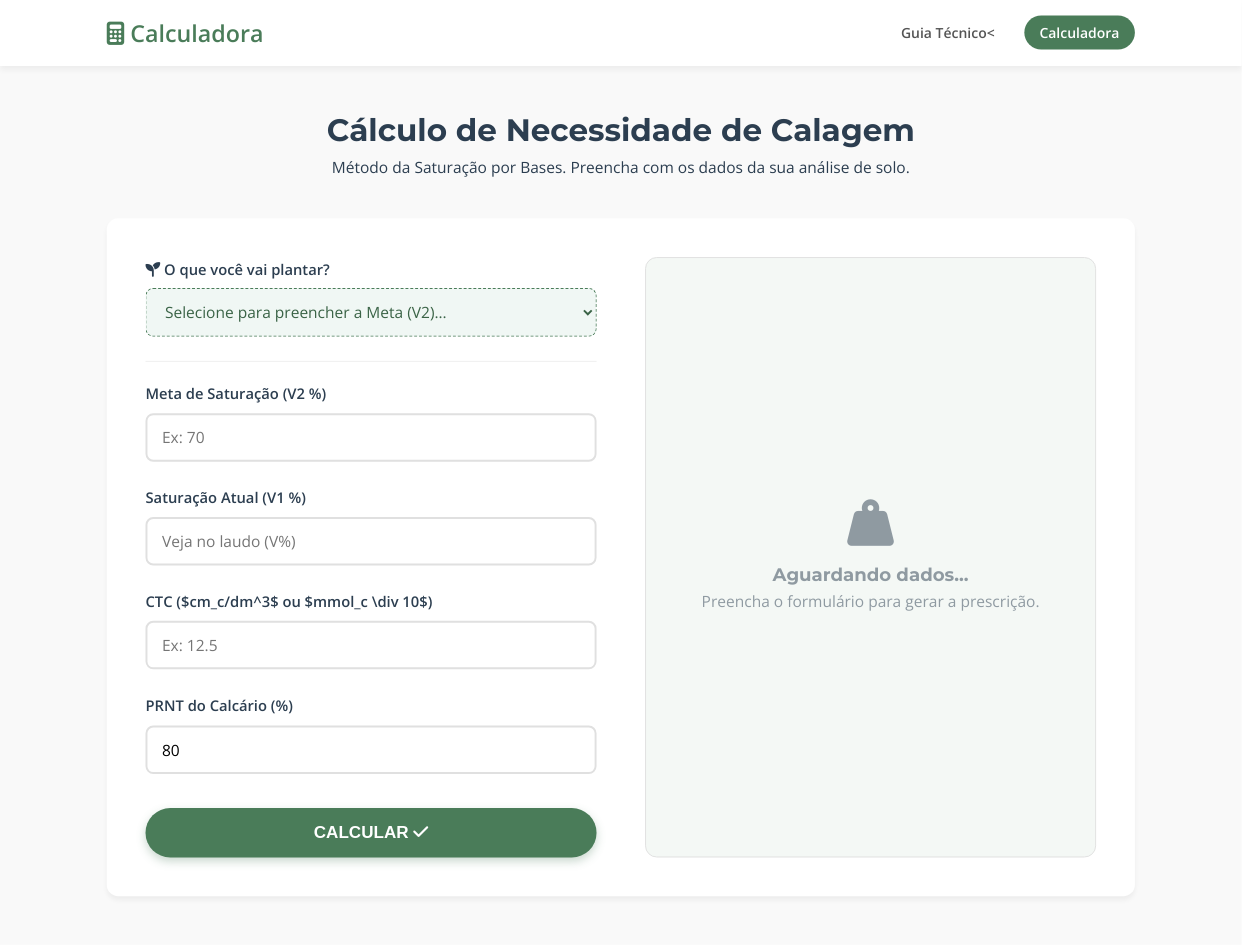
Repository: cleberfeitosa/saturacao
Page: calculadora.html
An editor plug-in stored every save of this project. The page is shown before and after the next save, followed by the edit.
The browser window is 1280 px wide. The pictures show the whole page, at 97% of full size.

Above is the page before, as saved 2026-01-15 16:21:00.

After the next save:
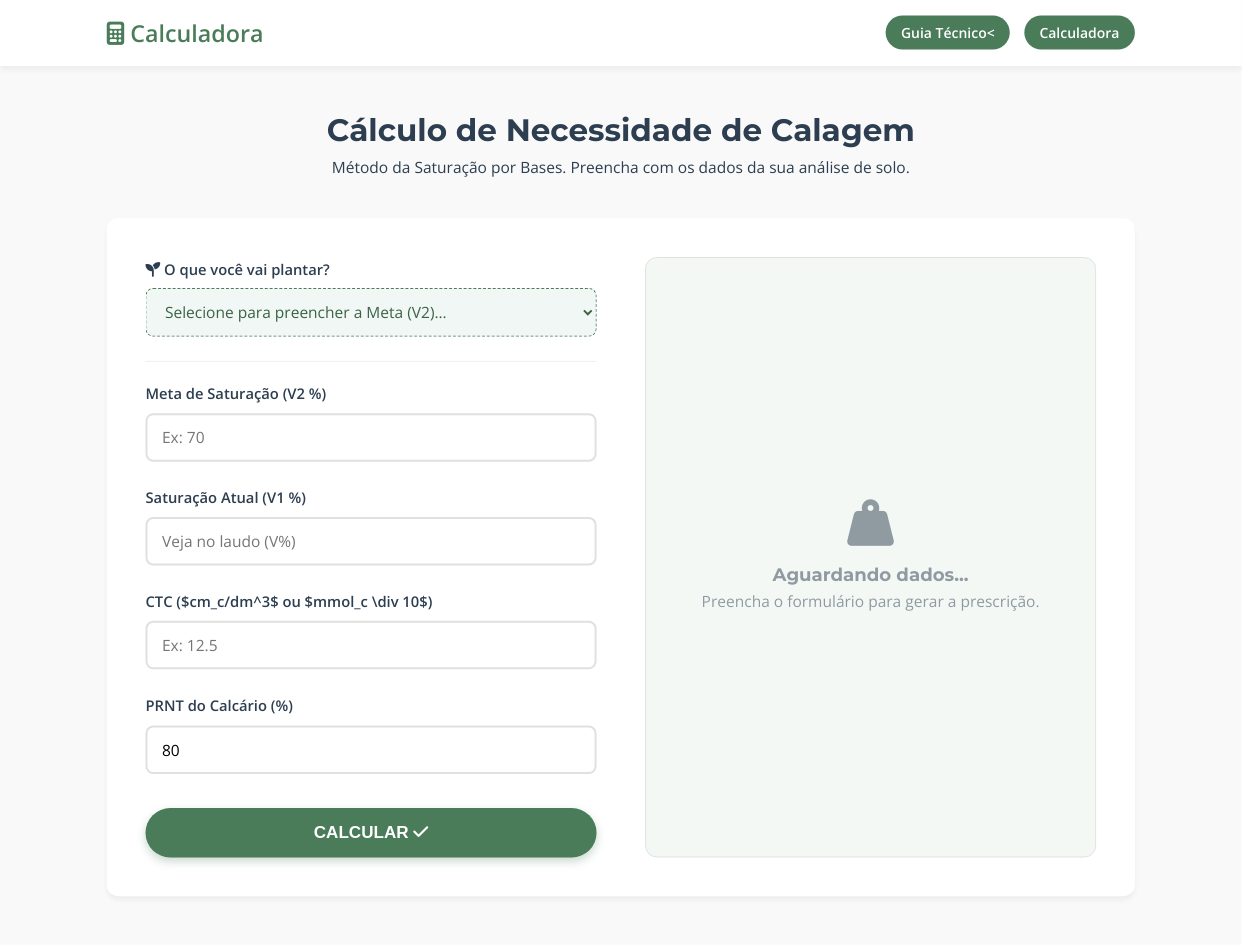
Saved 28 s later.
--- a/calculadora.html
+++ b/calculadora.html
@@ -83,7 +83,7 @@
         <div class="container nav-flex">
             <a href="index.html" class="logo"><i class="fas fa-calculator"></i> Calculadora</a>
             <nav>
-                <a href="index.html" class="nav-btn">Guia Técnico<</a>
+                <a href="index.html" class="nav-btn active">Guia Técnico<</a>
                 <a href="calculadora.html" class="nav-btn active">Calculadora</a>
             </nav>
         </div>
